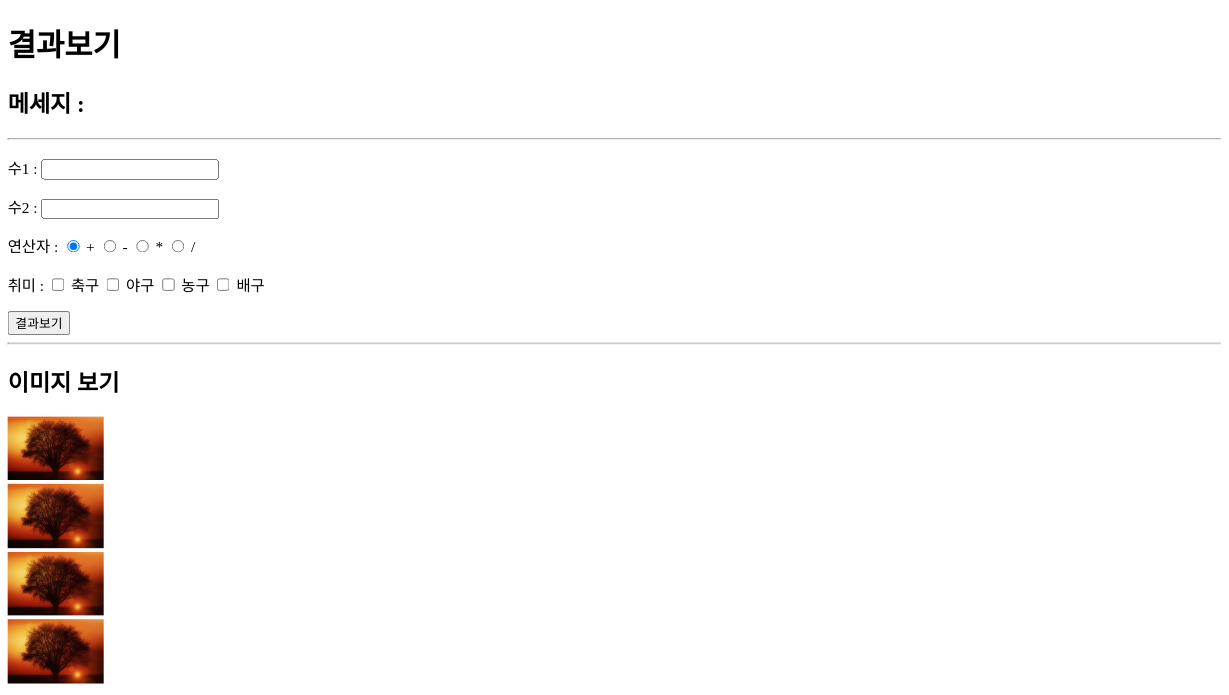
Repository: kimjwahyun/Spring
Page: http://localhost/spring_mvc03/WEB-INF/views/test01/result.jsp
The author's editor kept a copy of each file at every save. The page is drawn from the files as they stood at one save, then again after the next save.
The browser window is 1280 px wide. The pictures show the whole page, at 96% of full size.
The page is served by Tomcat 9. Nobody is signed in. Other server files are loaded and not shown. The template is opened directly, without the code that normally fills it, so the values that code supplies are empty.

Above is the page before, as saved 2023-07-28 05:23:15.

### spring_mvc03/src/main/webapp/WEB-INF/views/test01/result.jsp
<%@ page language="java" contentType="text/html; charset=UTF-8"
    pageEncoding="UTF-8"%>
<%@ taglib prefix="c" uri="http://java.sun.com/jsp/jstl/core" %>
<!DOCTYPE html>
<html>
<head>
<meta charset="UTF-8">
<title>Insert title here</title>
</head>
<body>
	<h1>결과보기</h1>
	<h2>메세지 : ${msg}</h2>
	<hr>

	<form action="/calc.do" method="post">
		<p>수1 : <input type="number" size="15" name="s1" required></p>
        <p>수2 : <input type="number" size="15" name="s2" required></p>
        <p>연산자 :
            <input type="radio" name="op" value="+" checked > +
            <input type="radio" name="op" value="-"  > -
            <input type="radio" name="op" value="*"  > *
            <input type="radio" name="op" value="/"  > /
        </p>
        <p> 취미 :
             <input type="checkbox" name="hobby" value="축구"> 축구
             <input type="checkbox" name="hobby" value="야구"> 야구
             <input type="checkbox" name="hobby" value="농구"> 농구
             <input type="checkbox" name="hobby" value="배구"> 배구
        </p>
        <input type="hidden" name="cPage" value="2">
        <input type="submit" value="결과보기">
	</form>
	<hr>

	<h2>이미지 보기</h2>
	<img src="/resources/images/tree-1.jpg" style="width: 100px;"><br>
	<img src="resources/images/tree-1.jpg" style="width: 100px;"><br>
	<img src='<c:url value="/resources/images/tree-1.jpg" />' style="width: 100px;"><br>
	<img src='<c:url value="resources/images/tree-1.jpg" />' style="width: 100px;"><br>
</body>
</html>

After the next save:
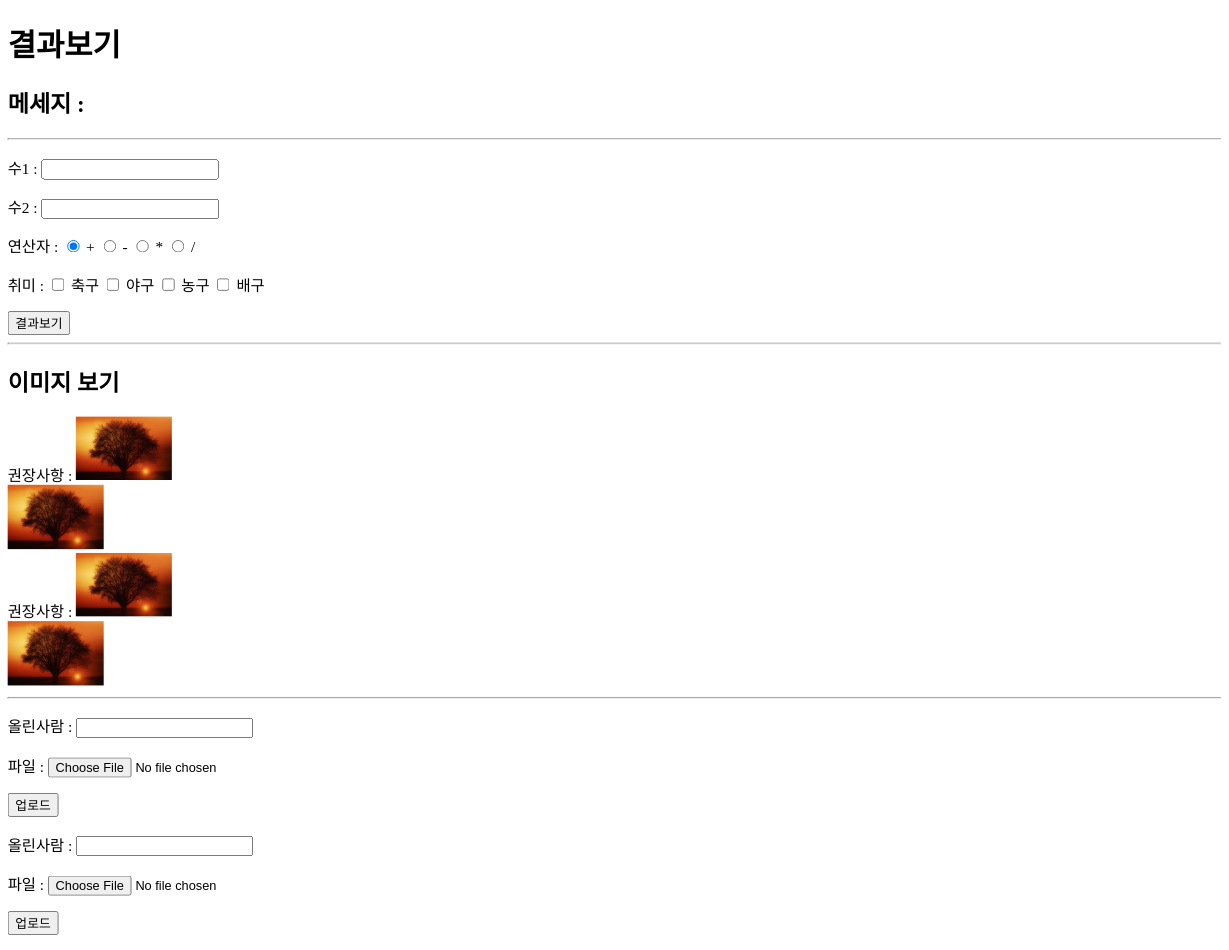
Saved 2 min 9 s later.
--- a/spring_mvc03/src/main/webapp/WEB-INF/views/test01/result.jsp
+++ b/spring_mvc03/src/main/webapp/WEB-INF/views/test01/result.jsp
@@ -33,9 +33,23 @@
 	<hr>
 
 	<h2>이미지 보기</h2>
-	<img src="/resources/images/tree-1.jpg" style="width: 100px;"><br>
+	권장사항 : <img src="/resources/images/tree-1.jpg" style="width: 100px;"><br>
 	<img src="resources/images/tree-1.jpg" style="width: 100px;"><br>
-	<img src='<c:url value="/resources/images/tree-1.jpg" />' style="width: 100px;"><br>
+	권장사항 : <img src='<c:url value="/resources/images/tree-1.jpg" />' style="width: 100px;"><br>
 	<img src='<c:url value="resources/images/tree-1.jpg" />' style="width: 100px;"><br>
+
+	<hr>
+	<%-- 이미지 업로드 : cos 라이브러리 사용(MultipartRequest), spring 자체 지원 --%>
+	<form action="/f_up.do" method="post" enctype="multipart/form-data">
+		<p>올린사람 : <input type="text" name="name"></p>
+		<p>파일 : <input type="file" name="f_name"></p>
+		<p> <input type="submit" value="업로드"></p>
+	</form>
+
+	<form action="/f_up.do" method="post" enctype="multipart/form-data">
+		<p>올린사람 : <input type="text" name="name"></p>
+		<p>파일 : <input type="file" name="f_name"></p>
+		<p> <input type="button" value="업로드" onclick="f_up(this.form)"></p>
+	</form>
 </body>
 </html>
